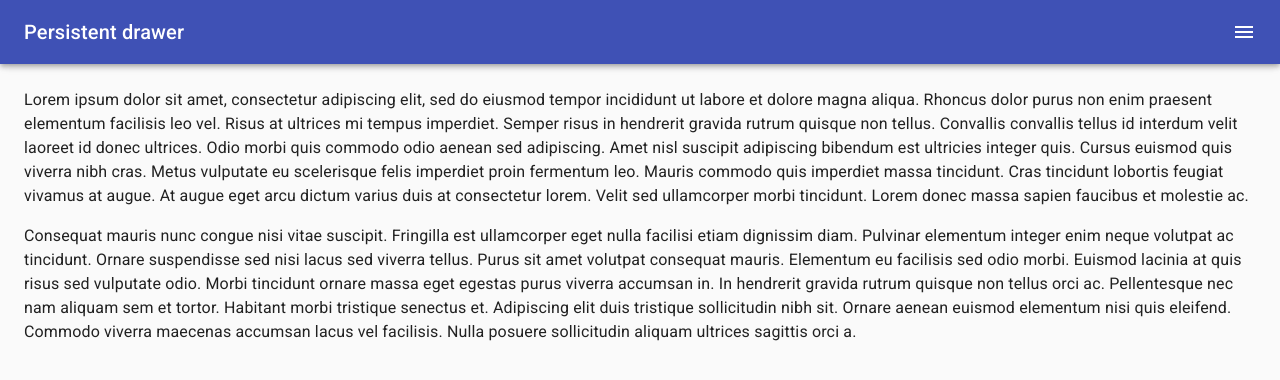
Repository: madmax2612/Appstore
Page: /
The author's editor kept a copy of each file at every save. The page is drawn from the files as they stood at one save, then again after the next save.
The browser window is 1280 px wide. The pictures show the whole page.
The project was rebuilt for these pictures with package versions that can differ from the ones it lists, and the page was loaded fresh each time. A package was used in the major version that the imports need, not the one package.json lists.

Above is the page before, as saved 2020-07-16 16:36:35.

### src/index.js
import React from 'react';
import ReactDOM from 'react-dom';
import './index.css';
import App from './App';
import * as serviceWorker from './serviceWorker';
import CssBaseline from '@material-ui/core/CssBaseline'

ReactDOM.render(
  <React.StrictMode>
     <CssBaseline />
    <App />
  </React.StrictMode>,
  document.getElementById('root')
);

// If you want your app to work offline and load faster, you can change
// unregister() to register() below. Note this comes with some pitfalls.
// Learn more about service workers: https://bit.ly/CRA-PWA
serviceWorker.unregister();

### src/App.js
import React, { Suspense, lazy } from 'react';
import ReactDOM from "react-dom";
import { HashRouter, Route, Switch } from "react-router-dom";
import { Loader } from './utils/Loader';

const Navbar = lazy(() => import("./Components/Navbar"));
function App() {
  return (
    <HashRouter>
    <Suspense fallback={<Loader />}>
      <Switch>
        <Route exact path="/" component={Navbar} />
  </Switch>
  </Suspense>
  </HashRouter>
  );
}

export default App;

### src/utils/Loader.js
import React from 'react'

export const Loader=()=>{

return(
  <>
  Loader Here
  </>
)

}

### src/Components/Navbar.js
import React from 'react';
import clsx from 'clsx';
import {useTheme } from '@material-ui/core/styles';
import Drawer from '@material-ui/core/Drawer';
import AppBar from '@material-ui/core/AppBar';
import Toolbar from '@material-ui/core/Toolbar';
import CssBaseline from '@material-ui/core/CssBaseline';
import List from '@material-ui/core/List';
import Typography from '@material-ui/core/Typography';
import Divider from '@material-ui/core/Divider';
import IconButton from '@material-ui/core/IconButton';
import MenuIcon from '@material-ui/icons/Menu';
import ChevronLeftIcon from '@material-ui/icons/ChevronLeft';
import ChevronRightIcon from '@material-ui/icons/ChevronRight';
import ListItem from '@material-ui/core/ListItem';
import ListItemIcon from '@material-ui/core/ListItemIcon';
import ListItemText from '@material-ui/core/ListItemText';
import InboxIcon from '@material-ui/icons/MoveToInbox';
import MailIcon from '@material-ui/icons/Mail';
import { useStyles } from './Styles';


const Navbar=()=>{

  const classes = useStyles();
  const theme = useTheme();
  const [open, setOpen] = React.useState(false);

  const handleDrawerOpen = () => {
    setOpen(true);
  };

  const handleDrawerClose = () => {
    setOpen(false);
  };

return(

    <div className={classes.root}>
      <CssBaseline />
      <AppBar
        position="fixed"
        className={clsx(classes.appBar, {
          [classes.appBarShift]: open,
        })}
      >
        <Toolbar>
          <Typography variant="h6" noWrap className={classes.title}>
            Persistent drawer
          </Typography>
          <IconButton
            color="inherit"
            aria-label="open drawer"
            edge="end"
            onClick={handleDrawerOpen}
            className={clsx(open && classes.hide)}
          >
            <MenuIcon />
          </IconButton>
        </Toolbar>
      </AppBar>
      <main
        className={clsx(classes.content, {
          [classes.contentShift]: open,
        })}
      >
        <div className={classes.drawerHeader} />
        <Typography paragraph>
          Lorem ipsum dolor sit amet, consectetur adipiscing elit, sed do eiusmod tempor incididunt
          ut labore et dolore magna aliqua. Rhoncus dolor purus non enim praesent elementum
          facilisis leo vel. Risus at ultrices mi tempus imperdiet. Semper risus in hendrerit
          gravida rutrum quisque non tellus. Convallis convallis tellus id interdum velit laoreet id
          donec ultrices. Odio morbi quis commodo odio aenean sed adipiscing. Amet nisl suscipit
          adipiscing bibendum est ultricies integer quis. Cursus euismod quis viverra nibh cras.
          Metus vulputate eu scelerisque felis imperdiet proin fermentum leo. Mauris commodo quis
          imperdiet massa tincidunt. Cras tincidunt lobortis feugiat vivamus at augue. At augue eget
          arcu dictum varius duis at consectetur lorem. Velit sed ullamcorper morbi tincidunt. Lorem
          donec massa sapien faucibus et molestie ac.
        </Typography>
        <Typography paragraph>
          Consequat mauris nunc congue nisi vitae suscipit. Fringilla est ullamcorper eget nulla
          facilisi etiam dignissim diam. Pulvinar elementum integer enim neque volutpat ac
          tincidunt. Ornare suspendisse sed nisi lacus sed viverra tellus. Purus sit amet volutpat
          consequat mauris. Elementum eu facilisis sed odio morbi. Euismod lacinia at quis risus sed
          vulputate odio. Morbi tincidunt ornare massa eget egestas purus viverra accumsan in. In
          hendrerit gravida rutrum quisque non tellus orci ac. Pellentesque nec nam aliquam sem et
          tortor. Habitant morbi tristique senectus et. Adipiscing elit duis tristique sollicitudin
          nibh sit. Ornare aenean euismod elementum nisi quis eleifend. Commodo viverra maecenas
          accumsan lacus vel facilisis. Nulla posuere sollicitudin aliquam ultrices sagittis orci a.
        </Typography>
      </main>
      <Drawer
        className={classes.drawer}
        variant="persistent"
        anchor="right"
        open={open}
        classes={{
          paper: classes.drawerPaper,
        }}
      >
        <div className={classes.drawerHeader}>
          <IconButton onClick={handleDrawerClose}>
            {theme.direction === 'rtl' ? <ChevronLeftIcon /> : <ChevronRightIcon />}
          </IconButton>
        </div>
        <Divider />
        <List>
          {['Inbox', 'Starred', 'Send email', 'Drafts'].map((text, index) => (
            <ListItem button key={text}>
              <ListItemIcon>{index % 2 === 0 ? <InboxIcon /> : <MailIcon />}</ListItemIcon>
              <ListItemText primary={text} />
            </ListItem>
          ))}
        </List>
        <Divider />
        <List>
          {['All mail', 'Trash', 'Spam'].map((text, index) => (
            <ListItem button key={text}>
              <ListItemIcon>{index % 2 === 0 ? <InboxIcon /> : <MailIcon />}</ListItemIcon>
              <ListItemText primary={text} />
            </ListItem>
          ))}
        </List>
      </Drawer>
    </div>
  );
}


export default Navbar;

### src/Components/Styles.js
import { makeStyles, useTheme } from '@material-ui/core/styles';

const drawerWidth = 240;

export const useStyles = makeStyles((theme) => ({
  root: {
    display: 'flex',
  },
  appBar: {
    transition: theme.transitions.create(['margin', 'width'], {
      easing: theme.transitions.easing.sharp,
      duration: theme.transitions.duration.leavingScreen,
    }),
  },
  appBarShift: {
    width: `calc(100% - ${drawerWidth}px)`,
    transition: theme.transitions.create(['margin', 'width'], {
      easing: theme.transitions.easing.easeOut,
      duration: theme.transitions.duration.enteringScreen,
    }),
    marginRight: drawerWidth,
  },
  title: {
    flexGrow: 1,
  },
  hide: {
    display: 'none',
  },
  drawer: {
    width: drawerWidth,
    flexShrink: 0,
  },
  drawerPaper: {
    width: drawerWidth,
  },
  drawerHeader: {
    display: 'flex',
    alignItems: 'center',
    padding: theme.spacing(0, 1),
    // necessary for content to be below app bar
    ...theme.mixins.toolbar,
    justifyContent: 'flex-start',
  },
  content: {
    flexGrow: 1,
    padding: theme.spacing(3),
    transition: theme.transitions.create('margin', {
      easing: theme.transitions.easing.sharp,
      duration: theme.transitions.duration.leavingScreen,
    }),
    marginRight: -drawerWidth,
  },
  contentShift: {
    transition: theme.transitions.create('margin', {
      easing: theme.transitions.easing.easeOut,
      duration: theme.transitions.duration.enteringScreen,
    }),
    marginRight: 0,
  },
}));

Loaded but not shown: public/index.html (common file); src/index.css (common file); src/serviceWorker.js (common file)

After the next save:
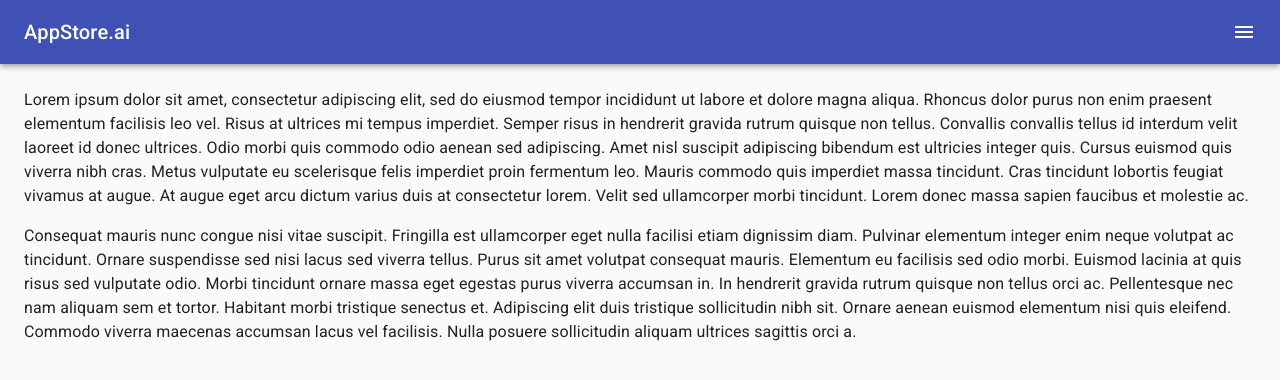
Saved 93 s later.
--- a/src/Components/Navbar.js
+++ b/src/Components/Navbar.js
@@ -46,7 +46,7 @@ return(
       >
         <Toolbar>
           <Typography variant="h6" noWrap className={classes.title}>
-            Persistent drawer
+            AppStore.ai
           </Typography>
           <IconButton
             color="inherit"
